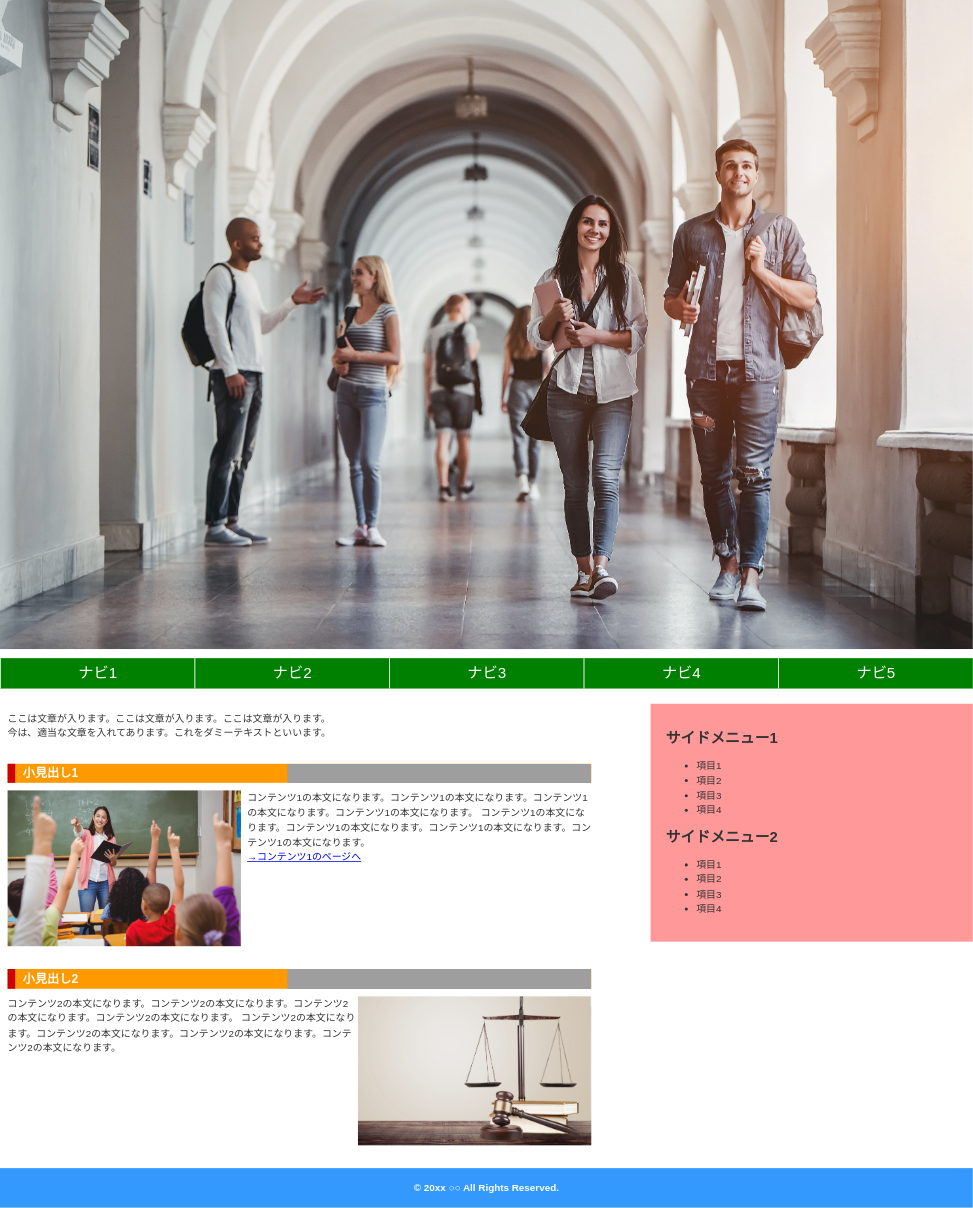
Repository: sui693/samurai_HTML-CSS
Page: home.html
The author's editor kept a record of every edit. The page is drawn from the files as they stood at one moment, then again after the next edit.
The browser window is 1280 px wide. The pictures show the whole page, at 76% of full size.
Pictures or frames that could not be fetched are drawn as grey boxes.

Above is the page before.

After the next edit:
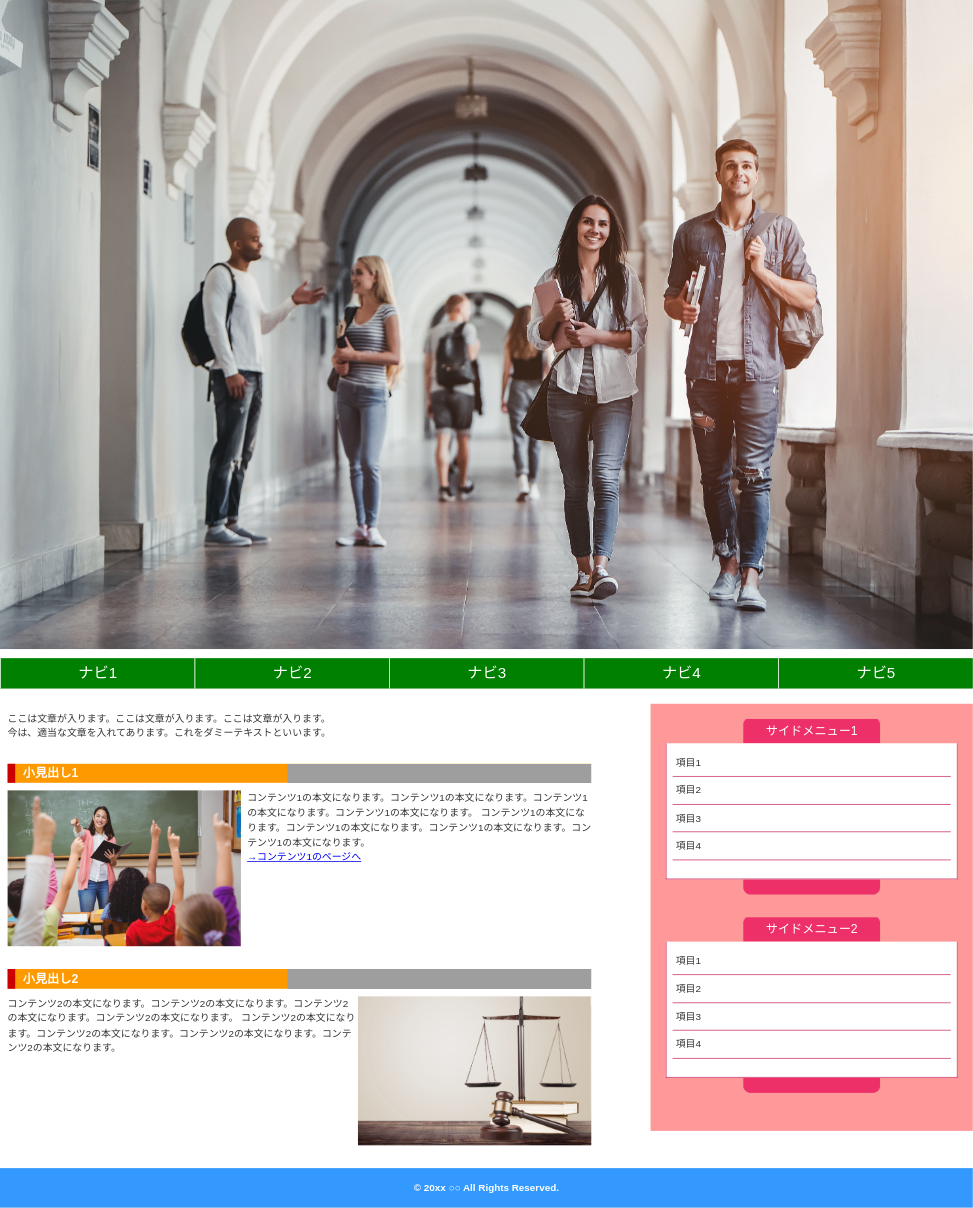
The edit:
--- a/stylesheet.css
+++ b/stylesheet.css
@@ -128,7 +128,38 @@
 /* -------------------- side -------------------- */
 #side {
     float: right;
- 	 width: 30%;
- 	 padding: 20px;
- 	 background-color: #F99;
+ 	width: 30%;
+ 	padding: 20px;
+ 	background-color: #F99;
 }
+#side .box {
+    margin: 0 auto 30px auto;
+    padding: 0 0 20px 0;
+    background: url(images/side_box.png) bottom no-repeat;
+}
+#side .box h2 {
+    margin: 0;
+    padding: 8px;
+    text-align: center;
+    color: #fff;
+    font-size: 16px;
+    line-height: 16px;
+    font-weight: normal;
+    background: url(images/side_box_h2.png) center no-repeat;
+}
+#side .box .boxBody {
+    padding: 8px;
+    border-right: solid 1px #C36;
+    border-bottom: solid 1px #C36;
+    border-left: solid 1px #C36;
+    background: #fff;
+}
+#side .box .boxBody ul {
+margin: 0 0 16px 0;
+padding: 0;
+}
+#side .box .boxBody ul li {
+padding: 8px 0 8px 4px;
+list-style: none;
+border-bottom: solid 1px #C36;
+}
